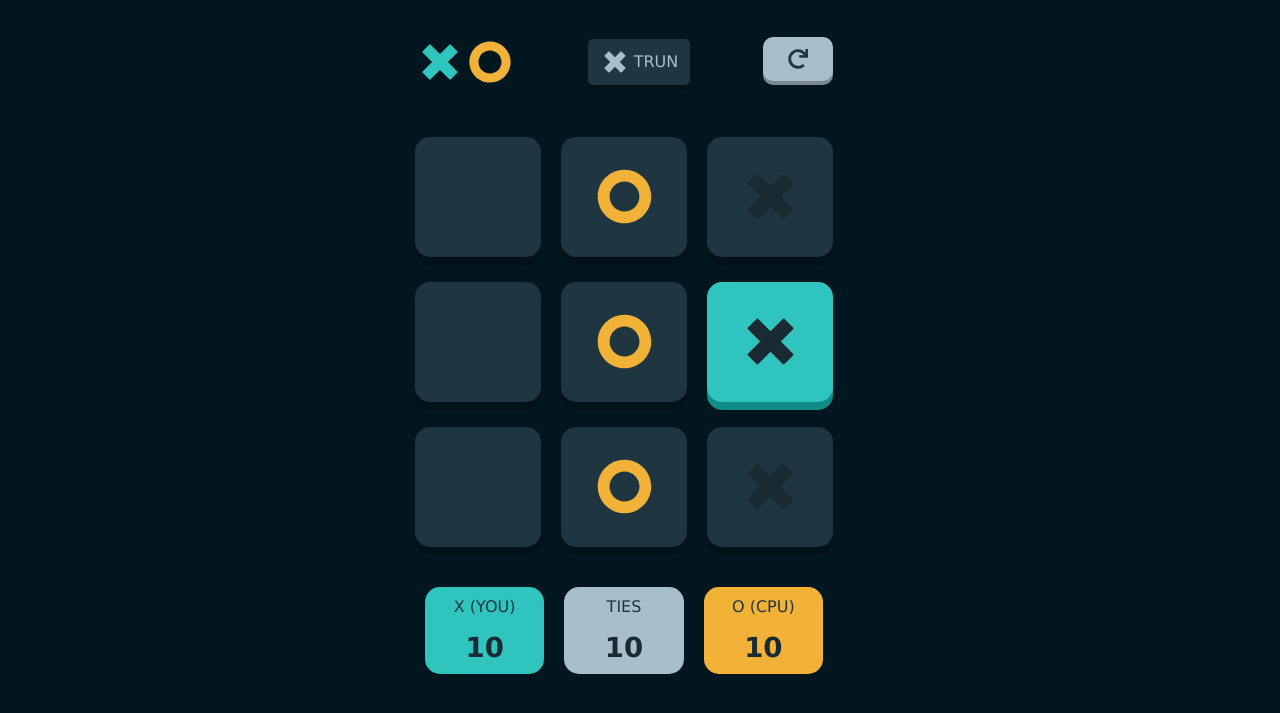
Repository: SD-Mdouka/XO_GAME
Page: /
These files come from the project's save history. The page is drawn as it stood at one moment and after the next save; the edit follows.
The browser window is 1280 px wide. The pictures show the whole page.
The project was rebuilt for these pictures with package versions that can differ from the ones it lists, and the page was loaded fresh each time. Also part of the build but not shown: src/component/start/Start.js.

Above is the page before, as saved 2022-08-29 17:49:16.

### src/index.css
* {
    padding: 0;
    margin: 0;
    box-sizing: border-box;
}

:root {
    --color-bg-dark: #192a33;
    --color-bg-light: #1f3640;
    --color-gray: #a8bec9;
    --color-gray-dark: #7a8991;
    --color-yellow: #f2b238;
    --color-yellow-dark: #cd8d16;
    --color-blue: #30c4be;
    --color-blue-dark: #128c89;
    --shadow-y: 6px;
}

html {
    font-family: "Lucida Sans", "Lucida Sans Regular", "Lucida Grande", "Lucida Sans Unicode", Geneva, Verdana, sans-serif;
    text-transform: uppercase;
    font-size: 16px;
}

body {
    background-color: var(--color-bg-dark);
    color: var(--color-gray);
}

.App {
    background-color: #021620;
    min-height: 100vh;
    display: flex;
    align-items: center;
    justify-content: center;
}

.container {
    max-width: 450px;
    width: 100%;
    margin-inline: auto;
    padding: 2rem 1rem;
}


/*utilites*/

.card {
    padding: 25px;
    display: flex;
    flex-direction: column;
    gap: 25px;
    border-radius: 15px;
    background-color: var(--color-bg-light);
    -webkit-border-radius: 15px;
    -moz-border-radius: 15px;
    -ms-border-radius: 15px;
    -o-border-radius: 15px;
    text-align: center;
}

.text-lg {
    font-size: 1.25rem;
}

.text-xl {
    font-size: 1.5rem;
}

.text-2xl {
    font-size: 1.725rem;
}

.text-light {
    color: var(--color-gray);
}

.text-blue {
    color: var(--color-blue);
}

.text-yellow {
    color: var(--color-yellow);
}

.bg-blue {
    background-color: var(--color-blue);
    color: var(--color-bg-dark);
}

.bg-yellow {
    background-color: var(--color-yellow);
    color: var(--color-bg-dark);
}

.bg-light {
    background-color: var(--color-gray);
    color: var(--color-bg-dark);
}

.bg-blue.text-light,
.bg-blue .text-light,
.bg-yellow.text-light,
.bg-yellow .text-light,
.bg-light .text-light,
.bg-light.text-light {
    color: var(--color-bg-light);
}

.btn {
    background-color: var(--color-gray);
    border: none;
    font-size: 1.125rem;
    font-weight: bold;
    padding: 12px 25px;
    text-transform: uppercase;
    cursor: pointer;
    border-radius: 10px;
    -webkit-border-radius: 10px;
    -moz-border-radius: 10px;
    -ms-border-radius: 10px;
    -o-border-radius: 10px;
    color: var(--color-bg-light);
    display: inline-block;
    box-shadow: 0 var(--shadow-y) 0 var(--color-gray-dark);
    margin-bottom: 6px;
    transition: all 0.2s;
    -webkit-transition: all 0.2s;
    -moz-transition: all 0.2s;
    -ms-transition: all 0.2s;
    -o-transition: all 0.2s;
}

.btn:hover {
    --shadow-y: 8px;
    transform: translateY(-2px);
    -webkit-transform: translateY(-2px);
    -moz-transform: translateY(-2px);
    -ms-transform: translateY(-2px);
    -o-transform: translateY(-2px);
}

.btn:active {
    --shadow-y: 4px;
    transform: translateY(2px);
    -webkit-transform: translateY(2px);
    -moz-transform: translateY(2px);
    -ms-transform: translateY(2px);
    -o-transform: translateY(2px);
}

.btn-yellow {
    background-color: var(--color-yellow);
    box-shadow: 0 var(--shadow-y) 0 var(--color-yellow-dark);
}

.btn-blue {
    background-color: var(--color-blue);
    box-shadow: 0 var(--shadow-y) 0 var(--color-blue-dark);
}

.btn-sm {
    --shadow-y: 4px;
}

.btn-sm:hover {
    --shadow-y: 6px;
}

.btn-sm:active {
    --shadow-y: 3px;
}

.shadow-gray {
    box-shadow: 0 8px 0 rgba(0, 0, 0, 0.2);
}

.shadow-blue {
    box-shadow: 0 8px 0 var(--color-blue-dark);
}

.shadow-yellow {
    box-shadow: 0 8px 0 var(--color-yellow-dark);
}


/* icons */

.icon {
    display: inline-block;
}

.icon svg {
    fill: var(--color-gray);
    height: 50px;
    width: 50px;
    vertical-align: middle;
}

.icon-sm svg {
    height: 30px;
    width: 30px;
}

.icon-lg svg {
    height: 65px;
    width: 65px;
}

.icon-yellow svg {
    fill: var(--color-yellow);
}

.icon-blue svg {
    fill: var(--color-blue);
}

.icon-dark svg {
    fill: var(--color-bg-dark);
}


/* Sarte */

.start {
    display: flex;
    flex-direction: column;
    gap: 25px;
}

.start__header {
    display: flex;
    align-items: center;
    justify-content: center;
}

.start__players {
    background-color: var(--color-bg-dark);
    padding: 10px;
    border-radius: 15px;
    -webkit-border-radius: 15px;
    -moz-border-radius: 15px;
    -ms-border-radius: 15px;
    -o-border-radius: 15px;
    display: flex;
    align-items: center;
    box-shadow: inset 0 0 8px rgba(0, 0, 0, 0.2);
}

.start__players span {
    width: 50%;
    display: flex;
    align-items: center;
    justify-content: center;
    padding: 15px 10px;
    border-radius: 10px;
    -webkit-border-radius: 10px;
    -moz-border-radius: 10px;
    -ms-border-radius: 10px;
    -o-border-radius: 10px;
    cursor: pointer;
}

.start__players--active {
    background-color: var(--color-gray);
    box-shadow: 0 0 8px rgba(255, 255, 255, 0.2);
}

.start__btns {
    display: flex;
    flex-direction: column;
    gap: 12px;
}


/* board */

.board__header {
    display: flex;
    justify-content: space-between;
    align-items: center;
    margin-bottom: 50px;
}

.board__turn {
    border-radius: 5px;
    background-color: var(--color-bg-light);
    -webkit-border-radius: 5px;
    -moz-border-radius: 5px;
    -ms-border-radius: 5px;
    -o-border-radius: 5px;
    padding: 8px 12px;
    align-items: center;
    display: flex;
    gap: 4px;
    box-shadow: 0 4px 0 rgba(0, 0, 0, 0.2);
}

.board__restart svg {
    height: 20px;
    display: flex;
    align-items: center;
    transform-origin: center;
    transition: all 0.3s;
    -webkit-transition: all 0.3s;
    -moz-transition: all 0.3s;
    -ms-transition: all 0.3s;
    -o-transition: all 0.3s;
}

.board__restart:active svg {
    transform: rotate(180deg);
    -webkit-transform: rotate(180deg);
    -moz-transform: rotate(180deg);
    -ms-transform: rotate(180deg);
    -o-transform: rotate(180deg);
}

.board__body {
    display: grid;
    grid-template-columns: repeat(3, 1fr);
    gap: 25px 20px;
}

.board__body .card {
    height: 120px;
    display: flex;
    align-items: center;
    justify-content: center;
    cursor: pointer;
    padding-inline: 10px;
}

.board__body .active.shadow-blue {
    background-color: var(--color-blue);
}

.board__body .active.shadow-yellow {
    background-color: var(--color-yellow);
}

.board__body .active.shadow-dark {
    background-color: var(--color-bg-dark);
}

.board__footer {
    margin-top: 30px;
    display: grid;
    grid-template-columns: repeat(3, 1fr);
    gap: 20px;
    padding: 10px;
}

.board__footer .card {
    gap: 15px;
    padding: 10px;
}

### src/App.js
import Board from "./component/board/Board";
import Modal from "./component/modal/Modal";
import Start from "./component/start/Start";

function App() {
  return (
    <div className="App">
      <div className="container">
        {/* <Start /> */}
        <Board />
      </div>
      <Modal />
    </div>
  );
}

export default App;

### src/component/board/Board.js
import React from "react";
import Xicons from "../icons/Xicons";
import Oicons from "../icons/Oicons";
import Refrsh from "../icons/Refrsh";
import BorardCard from "./BorardCard";

const Board = () => {
  const squars = [" ", "o", "x", " ", "o", "x", " ", "o", "x"];
  return (
    <div className="board">
      <div className="board__header">
        <div>
          <Xicons />
          <Oicons />
        </div>
        <div className="board__turn">
          <Xicons color={"ligth"} size="sm" /> trun
        </div>
        <div>
          <button className="btn btn-sm board__restart">
            <Refrsh />
          </button>
        </div>
      </div>
      <div className="board__body">
        {squars.map((sq, ix) => (
          <BorardCard key={ix} index={ix} user={sq} active={ix === 5} />
        ))}
      </div>
      <div className="board__footer">
        <div className="card bg-blue">
          <p className="text-light">x (you)</p>
          <strong className="text-2xl">10</strong>
        </div>
        <div className="card bg-light">
          <p className="text-light">ties</p>
          <strong className="text-2xl">10</strong>
        </div>
        <div className="card bg-yellow">
          <p className="text-light">o (cpu)</p>
          <strong className="text-2xl">10</strong>
        </div>
      </div>
    </div>
  );
};

export default Board;

### src/component/modal/Modal.js
import React from "react";

const Modal = () => {
  return (
    <div className="modal">
      <div className="modal__content">
        <div className="container"></div>
      </div>
    </div>
  );
};

export default Modal;

### src/component/icons/Xicons.js
import React from "react";

const Xicon = ({ color, size }) => {
  return (
    <div
      className={`icon ${color ? "icon-" + color : "icon-blue"} ${
        size && "icon-" + size
      }`}
    >
      <svg
        version="1.1"
        id="Layer_1"
        x="0px"
        y="0px"
        width="100px"
        height="100px"
        viewBox="0 0 100 100"
      >
        <path
          d="M84.707,68.752L65.951,49.998l18.75-18.752c0.777-0.777,0.777-2.036,0-2.813L71.566,15.295
	c-0.777-0.777-2.037-0.777-2.814,0L49.999,34.047l-18.75-18.752c-0.746-0.747-2.067-0.747-2.814,0L15.297,28.431
	c-0.373,0.373-0.583,0.88-0.583,1.407c0,0.527,0.21,1.034,0.583,1.407L34.05,49.998L15.294,68.753
	c-0.373,0.374-0.583,0.88-0.583,1.407c0,0.528,0.21,1.035,0.583,1.407l13.136,13.137c0.373,0.373,0.881,0.583,1.41,0.583
	c0.525,0,1.031-0.21,1.404-0.583l18.755-18.755l18.756,18.754c0.389,0.388,0.896,0.583,1.407,0.583c0.511,0,1.019-0.195,1.408-0.583
	l13.138-13.137C85.484,70.789,85.484,69.53,84.707,68.752z"
        />
      </svg>
    </div>
  );
};

export default Xicon;

### src/component/icons/Oicons.js
import React from "react";

const Oicon = ({ color, size }) => {
  return (
    <div
      className={`icon ${color ? "icon-" + color : "icon-yellow"} ${
        size && "icon-" + size
      }`}
    >
      <svg
        version="1.1"
        id="Layer_1"
        x="0px"
        y="0px"
        viewBox="-169 -35 100 100"
      >
        <g>
          <path
            d="M-119,56.2c-22.7,0-41.2-18.5-41.2-41.2s18.5-41.2,41.2-41.2c22.7,0,41.2,18.5,41.2,41.2S-96.3,56.2-119,56.2z M-119-8
		c-12.7,0-23,10.3-23,23c0,12.7,10.3,23,23,23s23-10.3,23-23C-96,2.3-106.3-8-119-8z"
          />
        </g>
      </svg>
    </div>
  );
};

export default Oicon;

### src/component/icons/Refrsh.js
import React from "react";

const Refrsh = () => {
  return (
    <svg
      aria-hidden="true"
      focusable="false"
      data-prefix="fas"
      data-icon="redo"
      role="img"
      xmlns="http://www.w3.org/2000/svg"
      viewBox="0 0 512 512"
    >
      <path
        fill="currentColor"
        d="M500.33 0h-47.41a12 12 0 0 0-12 12.57l4 82.76A247.42 247.42 0 0 0 256 8C119.34 8 7.9 119.53 8 256.19 8.1 393.07 119.1 504 256 504a247.1 247.1 0 0 0 166.18-63.91 12 12 0 0 0 .48-17.43l-34-34a12 12 0 0 0-16.38-.55A176 176 0 1 1 402.1 157.8l-101.53-4.87a12 12 0 0 0-12.57 12v47.41a12 12 0 0 0 12 12h200.33a12 12 0 0 0 12-12V12a12 12 0 0 0-12-12z"
      ></path>
    </svg>
  );
};

export default Refrsh;

### src/component/board/BorardCard.js
import React from "react";
import Xicons from "../icons/Xicons";
import Oicons from "../icons/Oicons";

const BorardCard = ({ user = "nouser", active, index }) => {
  return (
    <div
      className={`card
      ${active && user === "x" && "shadow-blue"}
    ${active && user === "o" && "shadow-yellow"}
    ${!active ? "shadow-gray" : "active"}
    `}
    >
      {user === "x" && <Xicons color={"dark"} size="lg" />}
      {user === "o" && <Oicons size="lg" />}
    </div>
  );
};

export default BorardCard;

Loaded but not shown: public/index.html (common file); src/index.js (common file)

After the next save:
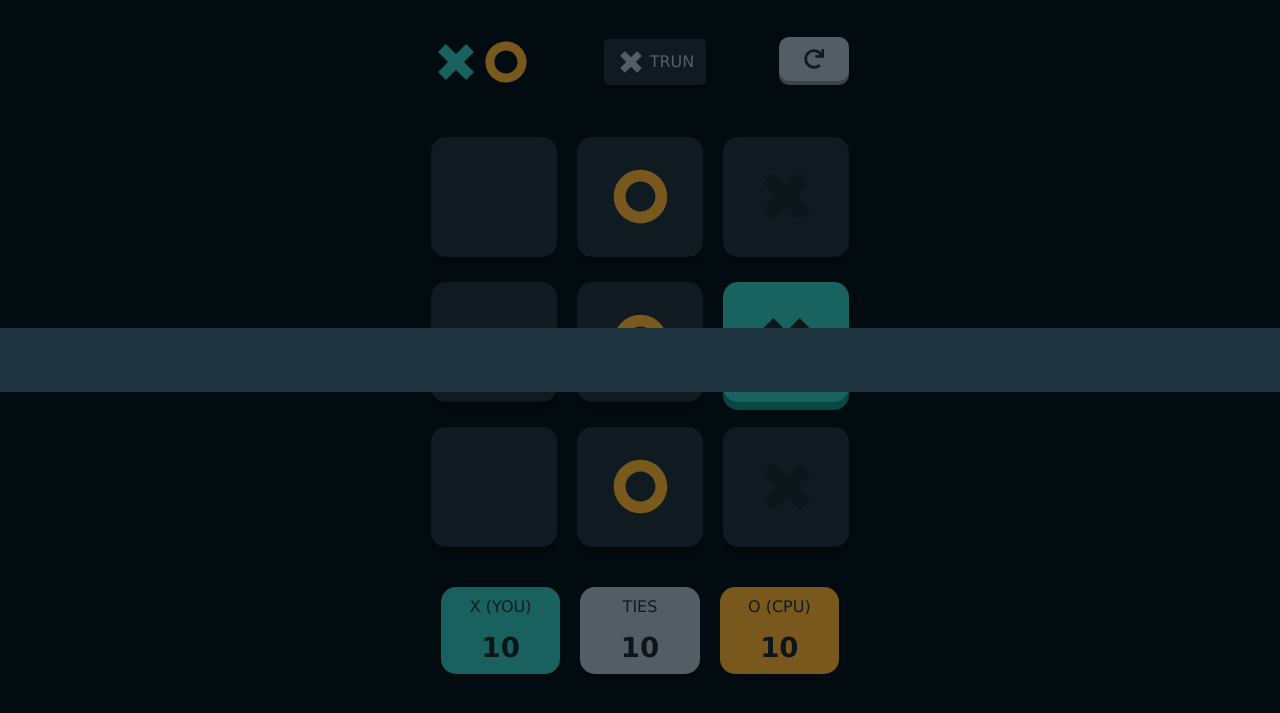
Saved 3 min 1 s later.
--- a/src/index.css
+++ b/src/index.css
@@ -355,3 +355,23 @@ body {
     gap: 15px;
     padding: 10px;
 }
+
+
+/*modal*/
+
+.modal {
+    position: fixed;
+    top: 0;
+    left: 0;
+    width: 100vw;
+    height: 100vh;
+    z-index: 999;
+    background-color: rgba(0, 0, 0, 0.5);
+    display: flex;
+    align-items: center;
+}
+
+.modal__content {
+    width: 100%;
+    background-color: var(--color-bg-light);
+}
